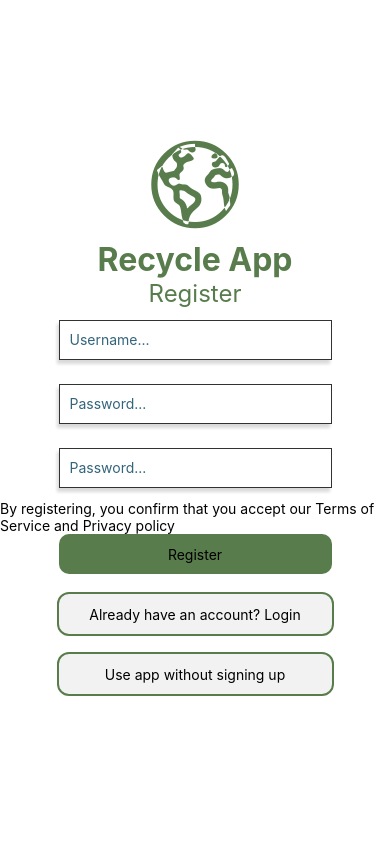
Repository: ct-pham/COMP4511
Screen: / (app in comp4511/)
These files come from the project's save history. The screen is drawn as it stood at one moment and after the next save; the edit follows.
The app was drawn by React Native's web renderer in a window 390 px wide. The project was rebuilt for these pictures with package versions that can differ from the ones it lists, and the page was loaded fresh each time.

Above is the screen before, as saved 2022-11-07 16:56:57.

### comp4511/App.js

// import { NavigationContainer } from 'react-navigation/native';
// import { createNativeStackNavigator } from 'react-navigation/native-stack';
//import Login from './Components/Login';
import Register from './Components/Register';

export default function App() {
  return (
    // <NavigationContainer>
    //   <Stack.Navigator initialRouteName="Home">
    //     <Stack.Screen name="Login" component={Login} />
    //     <Stack.Screen name="Register" component={Register} />
    //   </Stack.Navigator>
    // </NavigationContainer>
    <Register />
  );
}

### comp4511/Components/Register.js
import {
    StyleSheet,
    Text,
    View,
    TextInput,
    TouchableOpacity,
} from 'react-native';

import Icon from 'react-native-vector-icons/Ionicons';

export default function Login( {navigation}) {
    return (
        <View style={styles.container}>
            <View>
                <Icon
                    name = "earth-outline"
                    size = {100}
                    color = "#587C4B"
                />
            </View>

            <Text style = {styles.title}>Recycle App</Text>
            <Text style = {styles.subtitle}>Register</Text>
            <View style={styles.inputView}>
                <TextInput
                    style={styles.TextInput}
                    placeholder="Username..."
                    placeholderTextColor="#003f5c"
                />
            </View>

            <View style={styles.inputView}>
                <TextInput
                    style={styles.TextInput}
                    placeholder="Password..."
                    placeholderTextColor="#003f5c"
                    secureTextEntry={true}
                />
            </View>
            <View style={styles.inputView}>
                <TextInput
                    style={styles.TextInput}
                    placeholder="Password..."
                    placeholderTextColor="#003f5c"
                    secureTextEntry={true}
                />
            </View>
            <View>
                <Text>By registering, you confirm that you accept our Terms of Service and Privacy policy</Text>
            </View>

            <TouchableOpacity style = {styles.btnStyle}>
                <Text style={styles.loginBtn}>Register</Text>
            </TouchableOpacity>

            <TouchableOpacity
                onPress = {console.log('Register')}
                style = {styles.btnStyle2}
            >
                <Text style={styles.loginBtn}>Already have an account? Login</Text>
            </TouchableOpacity>

            <TouchableOpacity
                style = {styles.btnStyle2}
            >
                <Text style={styles.loginBtn}>Use app without signing up</Text>
            </TouchableOpacity>

        </View>
    );
}

const styles = StyleSheet.create({
    container: {
        flex: 1,
        backgroundColor: '#ffffff',
        alignItems: 'center',
        justifyContent: 'center',
    },
    inputView: {
        backgroundColor: '#ffffff',
        borderWidth: 1,
        borderColor: '#000000',
        height: 40,
        width: '70%',
        margin: 12,
        borderWidth: 1,
        padding: 10,
        shadowColor: '#171717',
        shadowOffset: {width: -2, height: 4},
        shadowOpacity: 0.2,
        shadowRadius: 3,
        opacity: 0.8,
    },
    button: {
        borderRadius: 25,
    },
    btnStyle: {
        backgroundColor: '#587C4B',
        width: '70%',
        height: 40,
        alignItems: 'center',
        justifyContent: 'center',
        borderRadius: 10,
        marginBottom:20,
    },
    btnStyle2: {
        backgroundColor: '#F2F2F2',
        borderRadius: 10,
        outlineColor: '#587C4B',
        outlineWidth: 2,
        outlineStyle:  'solid',
        width: '70%',
        height: 40,
        alignItems: 'center',
        justifyContent: 'center',
        marginBottom: 20,
    },
    title: {
        fontSize: 32,
        fontWeight: 'bold',
        color: '#587C4B',
    },
    subtitle: {
        fontSize: 24,
        fontWeight: 'semibold',
        color: '#587C4B',
    },
});

After the next save:
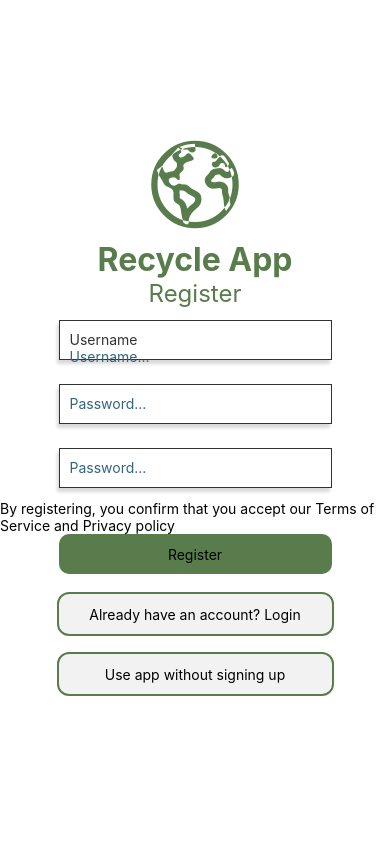
Saved 28 s later.
--- a/comp4511/Components/Register.js
+++ b/comp4511/Components/Register.js
@@ -22,6 +22,7 @@ export default function Login( {navigation}) {
             <Text style = {styles.title}>Recycle App</Text>
             <Text style = {styles.subtitle}>Register</Text>
             <View style={styles.inputView}>
+                <Text>Username</Text>
                 <TextInput
                     style={styles.TextInput}
                     placeholder="Username..."
